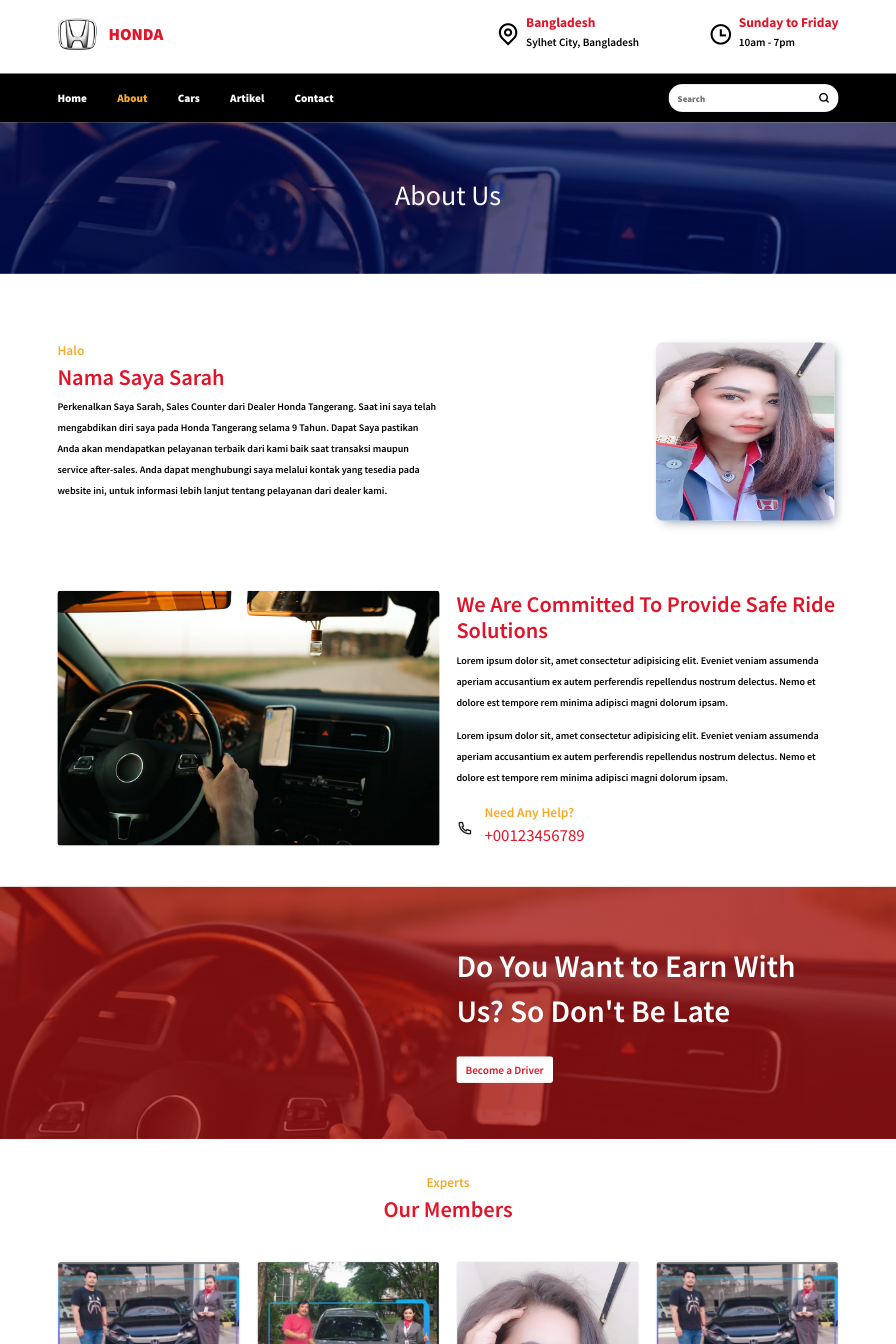
Repository: stevenxylver/Honda
Page: /about
These files come from the project's save history. The page is drawn as it stood at one moment and after the next save; the edit follows.
The browser window is 1280 px wide. The pictures show the part of the page from y = 0 to 1920 px (the page is 2812 px tall before and 2813 px after), at 70% of full size.
Pictures or frames that could not be fetched are drawn as grey boxes. The project was rebuilt for these pictures with package versions that can differ from the ones it lists, and the page was loaded fresh each time. Also part of the build but not shown: src/styles/hero-slider.css, src/components/UI/HeroSlider.jsx, src/components/UI/FindCarForm.jsx, src/styles/services-list.css, src/assets/data/serviceData.js, src/components/UI/ServicesList.jsx, src/components/UI/Example.jsx, src/assets/data/carData.js and 20 more.

Above is the page before, as saved 2022-11-18 16:21:06.

### src/index.css
/* ======== google fonts ======== */
@import url("https://fonts.googleapis.com/css2?family=Source+Sans+Pro:wght@200;300;400;600;700;900&display=swap");
@import url('https://fonts.googleapis.com/css2?family=Staatliches&display=swap');
/* ======= base style ====== */
* {
  margin: 0;
  padding: 0;
  box-sizing: border-box;
  font-family: "Source Sans Pro", sans-serif;
}

/* ========= pre-define css ========= */
h1,
h2,
h3,
h4,
h5,
h6 {
  color: #E11429;
  font-weight: 600;
  margin-bottom: 0;
}

h3,
h4 {
  font-size: 1.6rem;
}

h5,
h6 {
  font-size: 1.2rem;
}

a {
  text-decoration: none;
  color: unset;
}

a:hover {
  color: unset;
}

ul {
  margin: 0;
  list-style: none;
}

.section__title {
  color: #E11429;
  font-weight: 600;
  font-size: 2rem;
}

.section__subtitle {
  color: #f9a826;
  font-weight: 600;
  font-size: 1.2rem;
}

.section__description {
  color: #000;
  font-size: 0.9rem;
  line-height: 30px;
  font-weight: 600;
}

section {
  padding: 50px 0px;
}

.btn {
  padding: 7px 15px;
  background: #E11429;
  color: #fff;
  border: none;
  outline: none;
  border-radius: 5px;
  transition: 0.3s;
}

.btn:hover {
  color: #fff !important;
  background: #E11429;
}

@media only screen and (max-width: 768px) {
  section {
    padding: 30px 0px;
  }

  .section__title {
    font-size: 1.6rem;
  }

  .section__subtitle {
    font-size: 1.1rem;
  }
}

### src/components/Footer/Footer.jsx
import React from "react";

import { Container, Row, Col, ListGroup, ListGroupItem } from "reactstrap";
import { Link } from "react-router-dom";
import "../../styles/footer.css";

const quickLinks = [
  {
    path: "/about",
    display: "About",
  },

  {
    path: "#",
    display: "Privacy Policy",
  },

  {
    path: "/cars",
    display: "Car Listing",
  },
  {
    path: "/blogs",
    display: "Blog",
  },

  {
    path: "/contact",
    display: "Contact",
  },
];

const Footer = () => {
  const date = new Date();
  const year = date.getFullYear();
  return (
    <footer className="footer">
      <Container>
        <Row>
          <Col lg="4" md="4" sm="12">
            <div className="logo footer__logo">
              <h1>
                <Link to="/home" className=" d-flex align-items-center gap-2">
                  <i class="ri-car-line"></i>
                  <span>
                    Rent Car <br /> Service
                  </span>
                </Link>
              </h1>
            </div>
            <p className="footer__logo-content">
              Lorem ipsum dolor sit amet consectetur adipisicing elit.
              Consequuntur, distinctio, itaque reiciendis ab cupiditate harum ex
              quam veniam, omnis expedita animi quibusdam obcaecati mollitia?
              Delectus et ad illo recusandae temporibus?
            </p>
          </Col>

          <Col lg="2" md="4" sm="6">
            <div className="mb-4">
              <h5 className="footer__link-title">Quick Links</h5>
              <ListGroup>
                {quickLinks.map((item, index) => (
                  <ListGroupItem key={index} className="p-0 mt-3 quick__link">
                    <Link to={item.path}>{item.display}</Link>
                  </ListGroupItem>
                ))}
              </ListGroup>
            </div>
          </Col>

          <Col lg="3" md="4" sm="6">
            <div className="mb-4">
              <h5 className="footer__link-title mb-4">Head Office</h5>
              <p className="office__info">123 Zindabazar, Sylhet, Bangladesh</p>
              <p className="office__info">Phone: +0995345875365</p>

              <p className="office__info">Email: muhib5532@gmail.com</p>

              <p className="office__info">Office Time: 10am - 7pm</p>
            </div>
          </Col>

          <Col lg="3" md="4" sm="12">
            <div className="mb-4">
              <h5 className="footer__link-title">Newsletter</h5>
              <p className="section__description">Subscribe our newsletter</p>
              <div className="newsletter">
                <input type="email" placeholder="Email" />
                <span>
                  <i class="ri-send-plane-line"></i>
                </span>
              </div>
            </div>
          </Col>

          <Col lg="12">
            <div className="footer__bottom">
              <p className="section__description d-flex align-items-center justify-content-center gap-1 pt-4">
                <i class="ri-copyright-line"></i>Copyright {year}, Developed by
                Muhibur Rahman. All rights reserved.
              </p>
            </div>
          </Col>
        </Row>
      </Container>
    </footer>
  );
};

export default Footer;

### src/styles/header.css
.header__top {
  padding: 10px 0px;
  background: #E11429;
  color: #fff;
}


.honda
{
width: 57px;
height: 57px;
}

.header__top__left {
  display: flex;
  align-items: center;
  column-gap: 1rem;
}

.header__top__left span {
  font-size: 0.9rem;
}

.header__top__help {
  display: flex;
  align-items: center;
  column-gap: 0.4rem;
}

.header__top__help i {
  background: #fff;
  color: #E11429;
  padding: 2px 4px;
  border-radius: 50px;
  font-size: 0.7rem;
}

.header__top__right a {
  text-decoration: none;
  color: #fff;
  font-size: 0.9rem;
}

.header__top__right a:hover {
  color: #fff;
}

/* ============ header middle style =========== */

.header__middle {
  padding: 20px 0px;
}

.logo h1 a span {
  font-size: 1.5rem;
}

.logo h1 a i {
  font-size: 2.2rem;
}

.logo h1 a {
  text-decoration: none;
  color: #E11429;
  font-weight: 900;
}

.logo h1 {
  line-height: 1.5rem;
}

.header__location span i {
  font-size: 2.2rem;
  color: #000000;
}

.header__location-content h4 {
  font-size: 1.2rem;
  font-weight: 700;
  color: #E11429;
}

.header__location-content h6 {
  font-weight: 600;
  color: #000000;
}

.header__btn {
  background: #E11429 !important;
  padding: 10px 20px;
  border: none;
  outline: none;
  border-radius: 5px;
}

.header__btn a {
  display: flex;
  align-items: center;
  column-gap: 0.4rem;
  text-decoration: none;
  color: #fff;
  justify-content: end;
  font-size: 0.9rem;
  font-weight: 1000;
}


.header__btn a:hover {
  color: #fff;
}

/* ================ main navbar styles =========== */

.main__navbar {
  padding: 15px 0px;
  background: #000000;
}

.mobile__menu i {
  color: #fff;
  font-size: 1.3rem;
  cursor: pointer;
}

.mobile__menu {
  display: none;
}

.menu {
  display: flex;
  align-items: center;
  column-gap: 2.7rem;
}

.nav__item {
  color: #fff;
  text-decoration: none;
  transition: 0.3s;
  font-weight: 1000;
}

.nav__item:hover {
  color: #f9a826;
}



.search__box {
  border: 1px solid #7c8a972f;
  padding: 7px 12px;
  display: flex;
  align-items: center;
  border-radius: 50px;
  background: #020a4de9;
}

.search__box {
  border: 1px solid #7c8a972f;
  padding: 7px 12px;
  display: flex;
  align-items: center;
  border-radius: 50px;
  background: #fff;
  font-weight: 1000;
}

.search__box input {
  background: transparent;
  border: none;
  outline: none;
  color: #fff;
  cursor: pointer;
}

.search__box input::placeholder {
  font-size: 0.8rem;
  font-weight:800;
}
.search__box span i {
  color: #000000;
  cursor: pointer;
}

.nav__active {
  color: #f9a826;
}

@media only screen and (max-width: 768px) {
  .header__top,
  .header__middle,
  .nav__right {
    display: none;
  }

  .mobile__menu {
    display: block;
  }

  .navigation {
    background: rgb(0, 13, 107, 0.6);
    width: 100%;
    height: 100%;
    position: fixed;
    top: 0;
    left: 0;
    z-index: 9999;
    display: none;
  }

  .menu {
    width: 250px;
    height: 100%;
    background: #fff;
    display: flex;
    align-items: center;
    flex-direction: column;
    row-gap: 2rem;
    justify-content: center;
  }

  .menu a {
    color: #E11429;
    font-weight: 600;
    font-size: 0.9rem;
  }

  .menu__active {
    display: block;
  }


}

### src/styles/footer.css
.footer {
  background: #000000;
  padding-top: 50px;
  padding-bottom: 15px;
}

.footer__logo i {
  color: #fff;
  font-weight: 400;
}

.footer__logo span {
  color: #fff;
  font-weight: 500;
}

.footer__logo-content {
  color: rgba(255, 255, 255, 0.715);
  margin-top: 15px;
  line-height: 30px;
}

.quick__link {
  border: none !important;
  background: transparent !important;
}

.quick__link a {
  color: rgba(255, 255, 255, 0.715);
  text-decoration: none;
  font-weight: 300;
  transition: 0.3s;
}

.quick__link a:hover {
  color: #f9a826;
}

.footer__link-title {
  color: #fff;
}

.office__info {
  color: rgba(255, 255, 255, 0.715);
  font-weight: 300;
}

.newsletter {
  display: flex;
  align-items: center;
  justify-content: space-between;
  padding: 8px 12px;
  border: 1px solid #7c8a972f;
  border-radius: 50px;
  background: #020a4de9;
}

.newsletter input {
  background: transparent;
  color: #fff;
  border: none;
  outline: none;
}

.newsletter span i {
  color: #fff;
}

.footer__bottom {
  border-top: 1px solid #7c8a972f;
}

@media only screen and (max-width: 768px) {
  .footer__logo-content {
    font-size: 0.8rem;
  }

  .quick__link,
  .office__info {
    font-size: 0.8rem;
    line-height: 1.5rem;
  }

  .footer__link-title {
    font-size: 1rem;
    margin-top: 15px;
  }

  .footer__bottom p {
    font-size: 0.7rem;
  }


}

### src/pages/About.jsx
import React from "react";

import CommonSection from "../components/UI/CommonSection";
import Helmet from "../components/Helmet/Helmet";
import AboutSection from "../components/UI/AboutSection";
import { Container, Row, Col } from "reactstrap";
import BecomeDriverSection from "../components/UI/BecomeDriverSection";

import driveImg from "../assets/all-images/drive.jpg";
import OurMembers from "../components/UI/OurMembers";
import "../styles/about.css";

const About = () => {
  return (
    <Helmet title="About">
      <CommonSection title="About Us" />
      <AboutSection aboutClass="aboutPage" />

      <section className="about__page-section">
        <Container>
          <Row>
            <Col lg="6" md="6" sm="12">
              <div className="about__page-img">
                <img src={driveImg} alt="" className="w-100 rounded-3" />
              </div>
            </Col>

            <Col lg="6" md="6" sm="12">
              <div className="about__page-content">
                <h2 className="section__title">
                  We Are Committed To Provide Safe Ride Solutions
                </h2>

                <p className="section__description">
                  Lorem ipsum dolor sit, amet consectetur adipisicing elit.
                  Eveniet veniam assumenda aperiam accusantium ex autem
                  perferendis repellendus nostrum delectus. Nemo et dolore est
                  tempore rem minima adipisci magni dolorum ipsam.
                </p>

                <p className="section__description">
                  Lorem ipsum dolor sit, amet consectetur adipisicing elit.
                  Eveniet veniam assumenda aperiam accusantium ex autem
                  perferendis repellendus nostrum delectus. Nemo et dolore est
                  tempore rem minima adipisci magni dolorum ipsam.
                </p>

                <div className=" d-flex align-items-center gap-3 mt-4">
                  <span className="fs-4">
                    <i class="ri-phone-line"></i>
                  </span>

                  <div>
                    <h6 className="section__subtitle">Need Any Help?</h6>
                    <h4>+00123456789</h4>
                  </div>
                </div>
              </div>
            </Col>
          </Row>
        </Container>
      </section>

      <BecomeDriverSection />

      <section>
        <Container>
          <Row>
            <Col lg="12" className="mb-5 text-center">
              <h6 className="section__subtitle">Experts</h6>
              <h2 className="section__title">Our Members</h2>
            </Col>
            <OurMembers />
          </Row>
        </Container>
      </section>
    </Helmet>
  );
};

export default About;

### src/components/UI/AboutSection.jsx
import React from "react";
import { Container, Row, Col } from "reactstrap";
import "../../styles/about-section.css";
import aboutImg from "../../assets/all-images/ava-3.jpg";

const AboutSection = ({ aboutClass }) => {
  return (
    <section
      className="about__section"
      style={
        aboutClass === "aboutPage"
          ? { marginTop: "0px" }
          : { marginTop: "280px" }
      }
    >
      <Container>
        <Row>
          <Col lg="6" md="6">
            <div className="about__section-content">
              <h4 className="section__subtitle">Halo</h4>
              <h2 className="section__title">Nama Saya Sarah</h2>
              <p className="section__description">
              Perkenalkan Saya Sarah, Sales Counter dari Dealer Honda Tangerang. Saat ini saya telah mengabdikan diri saya pada Honda Tangerang selama 9 Tahun. Dapat Saya pastikan Anda akan mendapatkan pelayanan terbaik dari kami baik saat transaksi maupun service after-sales. Anda dapat menghubungi saya melalui kontak yang tesedia pada website ini, untuk informasi lebih lanjut tentang pelayanan dari dealer kami.
              </p>


            </div>
          {/* </Col>
          <Col lg="3" md="6"> */}

          </Col>

          <Col md={{
        offset: 3,
        size: 3
      }}>
            <div className="about__img">
              <img src={aboutImg} alt="" className="about"/>
            </div>
          </Col>
        </Row>
      </Container>
    </section>
  );
};

export default AboutSection;

### src/components/UI/BecomeDriverSection.jsx
import React from "react";
import "../../styles/become-driver.css";
import { Container, Row, Col } from "reactstrap";

// import driverImg from "../../assets/all-images/toyota-offer-2.png";

const BecomeDriverSection = () => {
  return (
    <section className="become__driver">
      <Container>
        <Row>
          <Col lg="6" md="6" sm="12" className="become__driver-img">
          <iframe width="90%" height="130%" src="https://www.youtube.com/embed/w7pgDpsCZ2E" title="YouTube video player" allowfullscreen></iframe>
          </Col>


          <Col lg="6" md="6" sm="12">
            <h2 className="section__title become__driver-title">
              Do You Want to Earn With Us? So Don't Be Late
            </h2>

            <button className="btn become__driver-btn mt-4">
              Become a Driver
            </button>
          </Col>
        </Row>
      </Container>
    </section>
  );
};

export default BecomeDriverSection;

### src/components/UI/OurMembers.jsx
import React from "react";
import "../../styles/our-member.css";
import { Col } from "reactstrap";
import { Link } from "react-router-dom";
import ava01 from "../../assets/all-images/ava-1.jpg";
import ava02 from "../../assets/all-images/ava-2.jpg";
import ava03 from "../../assets/all-images/ava-3.jpg";

const OUR__MEMBERS = [
  {
    name: "Jhon Doe",
    experience: "5 years of experience",
    fbUrl: "#",
    instUrl: "#",
    twitUrl: "#",
    linkedinUrl: "#",
    imgUrl: ava01,
  },

  {
    name: "David Lisa",
    experience: "5 years of experience",
    fbUrl: "#",
    instUrl: "#",
    twitUrl: "#",
    linkedinUrl: "#",
    imgUrl: ava02,
  },

  {
    name: "Hilton King",
    experience: "5 years of experience",
    fbUrl: "#",
    instUrl: "#",
    twitUrl: "#",
    linkedinUrl: "#",
    imgUrl: ava03,
  },

  {
    name: "Jhon Doe",
    experience: "5 years of experience",
    fbUrl: "#",
    instUrl: "#",
    twitUrl: "#",
    linkedinUrl: "#",
    imgUrl: ava01,
  },
];

const OurMembers = () => {
  return (
    <>
      {OUR__MEMBERS.map((item, index) => (
        <Col lg="3" md="3" sm="4" xs="6" key={index} className="mb-4">
          <div className="single__member">
            <div className="single__member-img">
              <img src={item.imgUrl} alt="" className="w-100" />

              <div className="single__member-social">
                <Link to={item.fbUrl}>
                  <i class="ri-facebook-line"></i>
                </Link>
                <Link to={item.twitUrl}>
                  <i class="ri-twitter-line"></i>
                </Link>

                <Link to={item.linkedinUrl}>
                  <i class="ri-linkedin-line"></i>
                </Link>

                <Link to={item.instUrl}>
                  <i class="ri-instagram-line"></i>
                </Link>
              </div>
            </div>

            <h6 className="text-center mb-0 mt-3">{item.name}</h6>
            <p className="section__description text-center">
              {item.experience}
            </p>
          </div>
        </Col>
      ))}
    </>
  );
};

export default OurMembers;

### src/styles/find-car-form.css
.find__cars-left {
  /* background: linear-gradient(rgb(0, 0, 0, 0.8), rgb(0, 0,20, 0.8)),
    url("../assets/all-images/toyota-offer-2.png");
  background-position: center;
  background-repeat: no-repeat;
  background-size: cover; */
  padding: 65px 35px;
  background-color: #E11429;
  /* background: linear-gradient(rgb(225, 20, 41, 0.8), rgb(174, 18,20, 0.8)), */
}

.find__cars-left h2 {
  font-weight: 600;
  font-size: 0.875rem;
  color: #fff;
  text-align: center;
  background-color: #E11429;
}


.steer{
  height: 40px;
  width: 40px;
  align-items: center;
  color: #E11429;
}

.find__cars-left h1 {
  /* font-weight: 600; */
  font-size: 0.75rem;
  color: #fff;
  text-align: center;
  background-color: #E11429;
}

.form__group {
  width: 30%;
  margin-bottom: 0;
}

.form__group input {
  border: 1px solid #7c8a972a;
  padding: 8px 12px;

  width: 100%;
  outline: none;
}
.form__group input::placeholder {
  color: #7c8a97;
}

.section__subtitle{
  color: #000;
}

.ava1
{
  height: 285px;
  width: 500px;
  border-radius: 5px;
}

.section__subtitle{
color: #f9a826;
}
.rent__price{
  color: #000;
}

.form {
  background: #fff;
  padding-top: 55px;
  padding-bottom: 50px;
  padding-left: 15px;
  padding-right: 15px;
}

.select__group {
  width: 30%;
}

.select__group select {
  width: 100%;
  padding: 10px 15px;
  border: 1px solid #7c8a972a;
  outline: none;
  color: #7c8a97;
}

.hero__slider-section {
  position: relative;
  z-index: 10;
  margin-bottom: 200px;
}

.hero__form {
  position: absolute;
  bottom: -150px;
  z-index: 11;
  width: 100%;
}

.form__row {
  background: #E11429;
  box-shadow: 5px 5px 15px -5px #7c8a97;
  border-radius: 15px;

}

.journey__time::before {
  content: "Journey time";
  margin-right: 0.8rem;
  color: #7c8a97;
}

.find__car-btn {
  background: #E11429 !important;
  color: #fff !important;
  padding: 8px 15px;
  width: 100%;
  border: none;
  outline: none;
}

@media only screen and (max-width: 992px) {
  .find__cars-left {
    padding: 65px 22px;
  }

  .find__cars-left h2 {
    font-size: 1.5rem;
  }

  .form {
    padding: 30px 10px;
  }

  .form__group input,
  .select__group select {
    padding: 7px 10px;
    font-size: 0.8rem;
  }

  .hero__form {
    bottom: -100px;
  }
}

@media only screen and (max-width: 768px) {
  .find__cars-left {
    padding-top: 20px;
    padding-bottom: 0;
    background: #E11429;
    text-align: center;
  }

  .form {
    padding: 20px 10px;
  }
}

@media only screen and (max-width: 576px) {
  .form__group {
    width: 100%;
    margin: auto;
    margin-bottom: 15px;
  }

  .form__group input {
    font-size: 0.7rem !important;
  }

  .select__group {
    width: 100%;
    padding-right: 10px;
    font-size: 0.7rem;
  }

  .find__car-btn {
    font-size: 0.8rem;
  }

  .find__cars-left h2 {
    font-size: 1rem;
  }

  .hero__form {
    bottom: -250px;
  }
}

### src/styles/about-section.css
.about__section-item {
  column-gap: 3rem;
}

.about{
width: 255px;
height: 255px;
border-radius: 10px;
box-shadow: 5px 5px 15px -5px #7c8a97;
}


.about__section-item p i {
  color: #f9a826;
  font-size: 1.1rem;
}

@media only screen and (max-width: 992px) {
  .about__section-content h2 {
    font-size: 1.5rem;
  }
  .about__section-item {
    column-gap: 3rem;
  }
  .about__section-item p {
    font-size: 0.6rem;
    margin-bottom: 0;
  }

  .section__description i {
    font-size: 0.8rem !important;
  }
}

@media only screen and (max-width: 768px) {
  .about__img {
    margin-top: 30px;
  }
}

@media only screen and (max-width: 576px) {
  .about__section {
    margin-top: 280px;
  }
}

### src/styles/become-driver.css
.become__driver {
  background: linear-gradient(rgb(174, 18,20, 0.7), rgb(174, 18,20, 0.7)),
    url("../assets/all-images/drive.jpg");
  background-position: center;
  background-repeat: no-repeat;
  background-size: cover;
  padding: 80px 0px;
}

.become__driver button {
  background: #fff;
  color: #E11429;
  font-weight: 600;
}

.become__driver-title {
  font-size: 2.8rem;
  color: #fff;
  line-height: 65px;
}

@media only screen and (max-width: 992px) {
  .become__driver-title {
    font-size: 1.5rem;
    line-height: 3rem;
  }
}

@media only screen and (max-width: 768px) {
  .become__driver {
    padding: 50px 0px;
  }

  .become__driver-title {
    font-size: 1.3rem;
    line-height: 2.5rem;
  }

  .become__driver-btn {
    font-size: 0.8rem !important;
  }
}

@media only screen and (max-width: 576px) {
  .become__driver-img {
    display: none;
  }
  .become__driver {
    text-align: center;
  }
}

### src/styles/our-member.css
.single__member {
  border: 1px solid #7c8a972d;
  border-radius: 4px;
}

.single__member-social {
  display: flex;
  align-items: center;
  justify-content: center;
  column-gap: 0.5rem;
  position: absolute;
  top: -100%;
  left: 50%;
  width: 100%;
  height: 100%;
  background: rgb(225, 20, 41, 0.6);
  transform: translateX(-50%);
  border-radius: 4px;
  transition: 0.5s ease;
  opacity: 0;
}

.single__member-social a i {
  width: 28px;
  height: 28px;
  color: #E11429;
  display: flex;
  align-items: center;
  justify-content: center;
  background: #fff;
  border-radius: 50%;
  font-size: 0.9rem;
  font-weight: 600;
}

.single__member-social a {
  text-decoration: none;
  cursor: pointer;
}

.single__member-img {
  position: relative;
  cursor: pointer;
}

.single__member-img img {
  border-radius: 4px;
}

.single__member-img:hover .single__member-social {
  top: 0;
  opacity: 1;
}

Loaded but not shown: public/index.html (common file); src/index.js (common file); src/App.js (common file); src/components/Layout/Layout.jsx (common file); src/components/Helmet/Helmet.js (common file); src/components/UI/CommonSection.jsx (common file); src/styles/about.css (common file); src/styles/common-section.css (common file); src/routers/Routers.js (28 lines, source omitted); src/components/Header/Header.jsx (138 lines, source omitted)

After the next save:
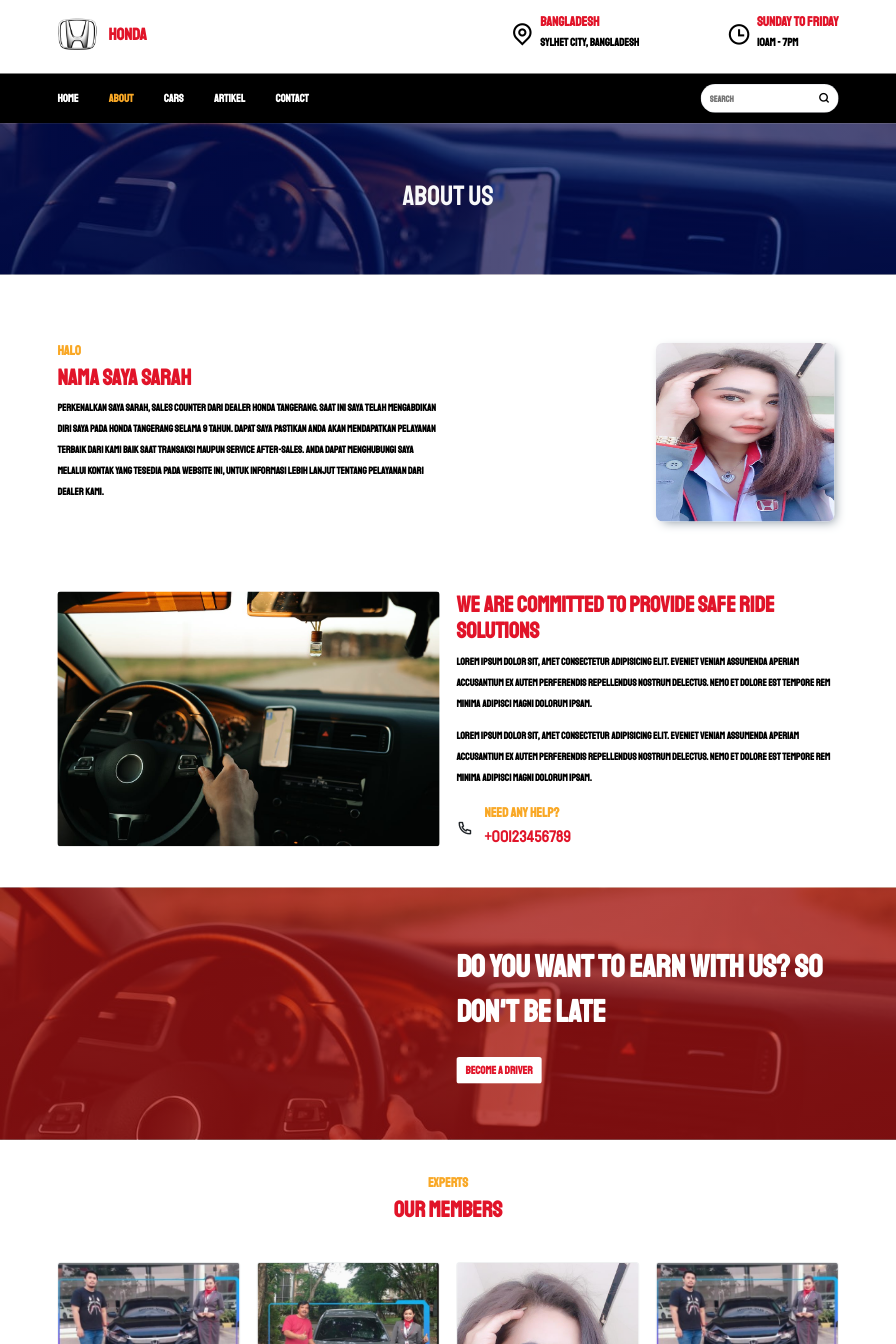
Saved 26 s later.
--- a/src/index.css
+++ b/src/index.css
@@ -6,7 +6,7 @@
   margin: 0;
   padding: 0;
   box-sizing: border-box;
-  font-family: "Source Sans Pro", sans-serif;
+  font-family: 'Staatliches', cursive;
 }
 
 /* ========= pre-define css ========= */
